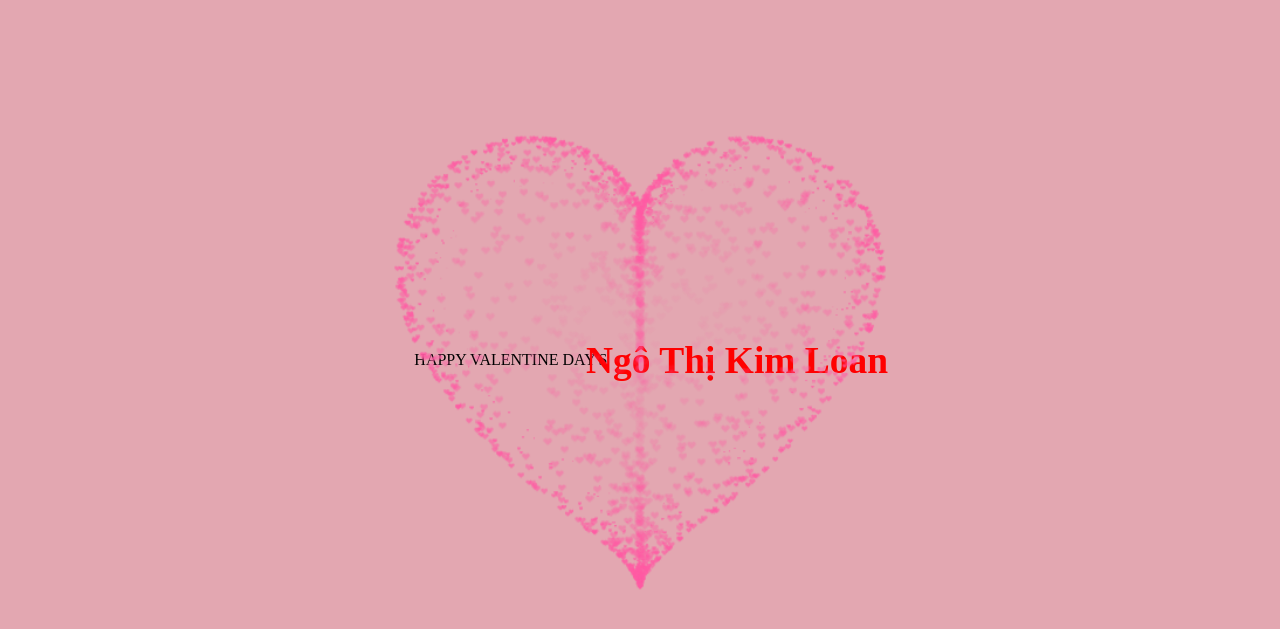
Repository: congbnvn0709/happy-valentine
Page: index.html
An editor plug-in stored every save of this project. The page is shown before and after the next save, followed by the edit.
The browser window is 1280 px wide. The pictures show the whole page.

Above is the page before, as saved 2023-01-30 23:25:30.

After the next save:
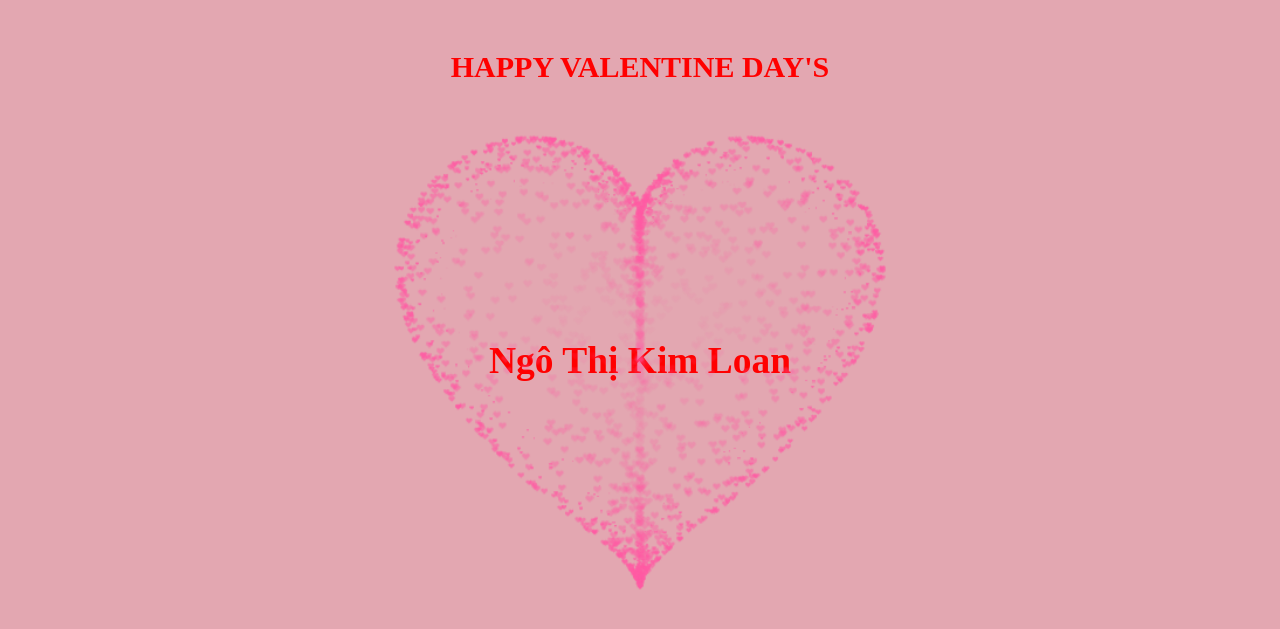
Saved 105 s later.
--- a/index.html
+++ b/index.html
@@ -6,11 +6,11 @@
     <meta name="Author" content="" />
     <meta name="Keywords" content="" />
     <meta name="Description" content="" />
-    <link rel="stylesheet" type="text/css" href="style.css">
+    <link rel="stylesheet" type="text/css" href="style.css" />
   </head>
 
   <body>
-    <p>HAPPY VALENTINE DAY'S</p>
+    <p class="title">HAPPY VALENTINE DAY'S</p>
     <h1>Ngô Thị Kim Loan</h1>
 
     <div class="box">
--- a/style.css
+++ b/style.css
@@ -65,8 +65,7 @@
 
   transform-origin: 0 100%;
 
-  box-shadow: 0 14px 28px rgba(0, 0, 0, 0.25),
-    0 10px 10px rgba(0, 0, 0, 0.22);
+  box-shadow: 0 14px 28px rgba(0, 0, 0, 0.25), 0 10px 10px rgba(0, 0, 0, 0.22);
 }
 
 #pinkboard:after {
@@ -95,6 +94,10 @@
   }
 }
 
-.title{
-    color: red;
+.title {
+  position: absolute;
+  top: 20px;
+  color: red;
+  font-size: 30px;
+  font-weight: 700;
 }
